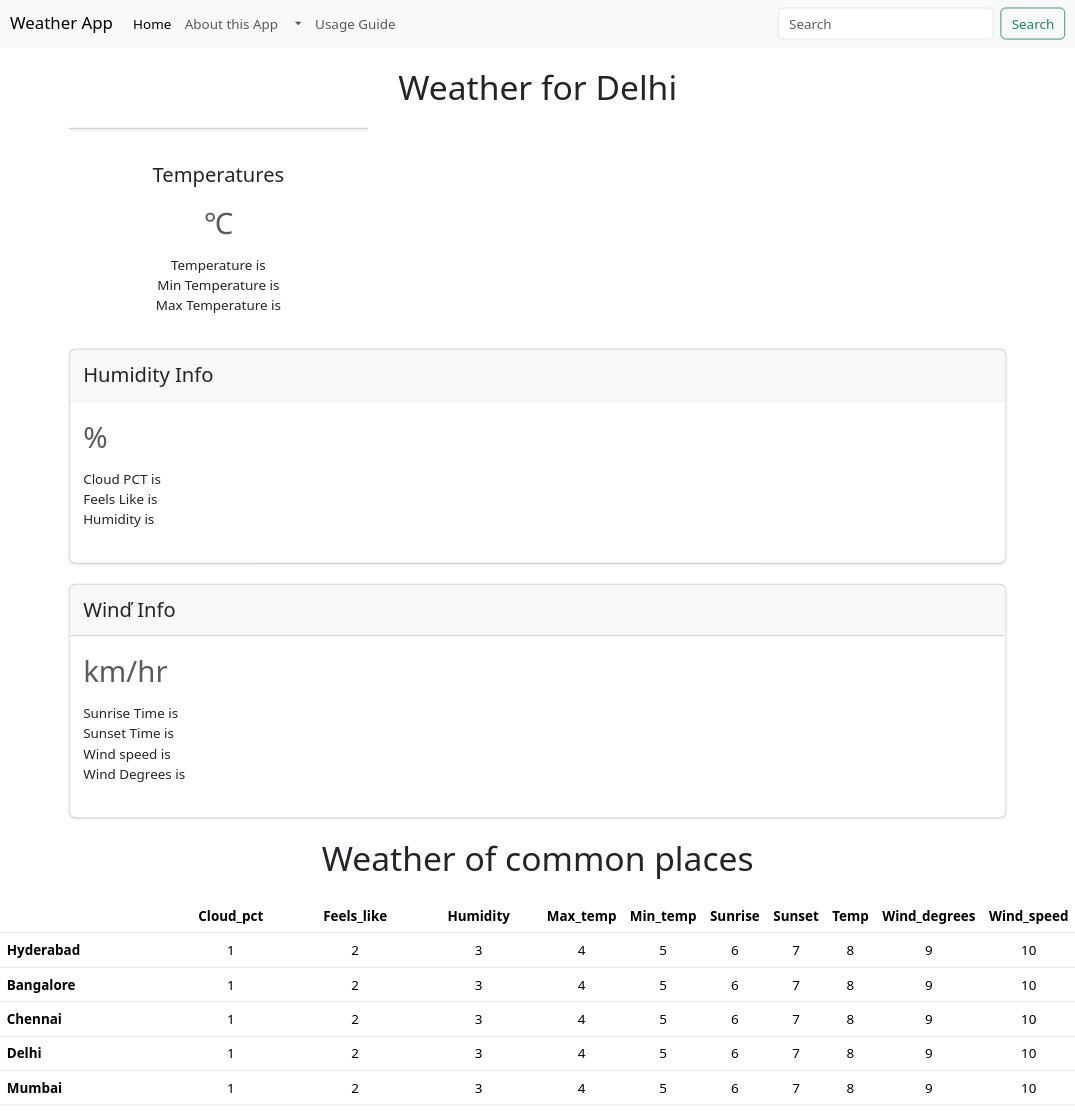
Repository: Abhilash2909/weather
Page: index.html
An editor plug-in stored every save of this project. The page is shown before and after the next save, followed by the edit.
The browser window is 1280 px wide. The pictures show the whole page, at 84% of full size.
The page's requests for data from a server got no answer.

Above is the page before, as saved 2024-02-11 16:53:23.

### index.html
<!doctype html>
<html lang="en">
  <head>
    <meta charset="utf-8">
    <meta name="viewport" content="width=device-width, initial-scale=1">
    <title>My Weather App</title>
    <link href="https://cdn.jsdelivr.net/npm/bootstrap@5.3.2/dist/css/bootstrap.min.css" rel="stylesheet" integrity="sha384-T3c6CoIi6uLrA9TneNEoa7RxnatzjcDSCmG1MXxSR1GAsXEV/Dwwykc2MPK8M2HN" crossorigin="anonymous">
  </head>
  <body>
    <nav class="navbar navbar-expand-lg bg-body-tertiary">
        <div class="container-fluid">
          <a class="navbar-brand" href="#">Weather App</a>
          <button class="navbar-toggler" type="button" data-bs-toggle="collapse" data-bs-target="#navbarSupportedContent" aria-controls="navbarSupportedContent" aria-expanded="false" aria-label="Toggle navigation">
            <span class="navbar-toggler-icon"></span>
          </button>
          <div class="collapse navbar-collapse" id="navbarSupportedContent">
            <ul class="navbar-nav me-auto mb-2 mb-lg-0">
              <li class="nav-item">
                <a class="nav-link active" aria-current="page" href="#">Home</a>
              </li>
              <li class="nav-item">
                <a class="nav-link" href="#">About this App</a>
              </li>
              <li class="nav-item dropdown">
                <a class="nav-link dropdown-toggle" href="#" role="button" data-bs-toggle="dropdown" aria-expanded="false">
                </a>
                <ul class="dropdown-menu">
                  <li><a class="dropdown-item" href="#">Delhi</a></li>
                  <li><a class="dropdown-item" href="#">Seattle</a></li>
                  <li><a class="dropdown-item" href="#">Bangalore</a></li>
                </ul>
              </li>
              <li class="nav-item">
                <a class="nav-link" aria-disabled="true">Usage Guide</a>
              </li>
            </ul>
            <form class="d-flex" role="search">
              <input id="city" class="form-control me-2" type="search" placeholder="Search" aria-label="Search">
              <button class="btn btn-outline-success" type="submit" id="submit">Search</button>
            </form>
          </div>
        </div>
      </nav>

      <div class="container">
        <main>
          <h1 class= "my-4 text-center">Weather for <span id="cityName"></span></h1>
          <div class="row row-cols-1 row-cols-md-3 mb-3 text-center">
          <div class="col">
            <div class="card mb-4 rounded-3 shadow-sm"></div>
              <div class="card-header py-3">
                <h4 class="my-0 fw-normal">Temperatures</h4>
              </div>
              <div class="card-body">
                <h1 class="card-title pricing-card-title"><span id="temp2"></span><small class="text-body-secondary fw-light"></span><span>&#8451;</span></small></h1>
                <ul class="list-unstyled mt-3 mb-4">
                  <li>Temperature is <span id="temp" ></span></li>
                  <li>Min Temperature is <span id="min_temp" ></span></li>
                  <li>Max Temperature is <span id="max_temp" ></span></li>
                </ul>
                <!-- <button type="button" class="w-100 btn btn-lg btn-outline-primary">Sign up for free</button> -->
              </div>
            </div>
          </div>
          <div class="col">
            <div class="card mb-4 rounded-3 shadow-sm class="w-100 btn btn-lg btn-primary"">
              <div class="card-header py-3">
                <h4 class="my-0 fw-normal">Humidity Info</h4>
              </div>
              <div class="card-body">
                <h1 class="card-title pricing-card-title"><span id="humidity2" ></span><small class="text-body-secondary fw-light">%</small></h1>
                <ul class="list-unstyled mt-3 mb-4">
                  <li>Cloud PCT is <span id="cloud_pct" ></span></li>
                  <li>Feels Like is <span id="feels_like" ></span></li>
                  <li>Humidity is <span id="humidity" ></span></li>
                </ul>
                <!-- <button type="button" class="w-100 btn btn-lg btn-primary">Get started</button> -->
              </div>
            </div>
          </div>

          <div class="col">
            <div class="card mb-4 rounded-3 shadow-sm">
              <div class="card-header py-3">
                <h4 class="my-0 fw-normal">Winď Info</h4>
              </div>
              <div class="card-body">
                <h1 class="card-title pricing-card-title"><span id="wind_speed2" ></span><small class="text-body-secondary fw-light">km/hr</small></h1>
                <ul class="list-unstyled mt-3 mb-4">
                  <li>Sunrise Time is <span id="sunrise" ></span></li>
                  <li>Sunset Time is <span id="sunset" ></span></li>
                  <li>Wind speed is <span id="wind_speed" ></span></li>
                  <li>Wind Degrees is <span id="wind_degrees" ></span></li>
                </ul>
                <!-- <button type="button" class="w-100 btn btn-lg btn-primary">Contact us</button> -->
              </div>
            </div>
          </div>
        </div>

        <h2 class="display-6 text-center mb-4">Weather of common places</h2>

        <div class="table-responsive">
          <table class="table text-center">
            <thead>
              <tr>
                <th style="width: 34%;">   </th>
                <th style="width: 22%;"> Cloud_pct </th>
                <th style="width: 22%;"> Feels_like </th>
                <th style="width: 22%;"> Humidity </th>
                <th style="width: 22%;"> Max_temp </th>
                <th style="width: 22%;"> Min_temp </th>
                <th style="width: 22%;"> Sunrise </th>
                <th style="width: 22%;"> Sunset </th>
                <th style="width: 22%;"> Temp </th>
                <th style="width: 22%;"> Wind_degrees </th>
                <th style="width: 22%;"> Wind_speed </th>
              </tr>
            </thead>
            <tbody>
              <tr>
                <th scope="row" class="text-start">Hyderabad</th>
                <td>1</td>
                <td>2</td>
                <td>3</td>
                <td>4</td>
                <td>5</td>
                <td>6</td>
                <td>7</td>
                <td>8</td>
                <td>9</td>
                <td>10</td>
              </tr>
              <tr>
                <th scope="row" class="text-start">Bangalore</th>
                <td>1</td>
                <td>2</td>
                <td>3</td>
                <td>4</td>
                <td>5</td>
                <td>6</td>
                <td>7</td>
                <td>8</td>
                <td>9</td>
                <td>10</td>
              </tr>
            </tbody>

            <tbody>
              <tr>
                <th scope="row" class="text-start">Chennai</th>
                <td>1</td>
                <td>2</td>
                <td>3</td>
                <td>4</td>
                <td>5</td>
                <td>6</td>
                <td>7</td>
                <td>8</td>
                <td>9</td>
                <td>10</td>
              </tr>
              <tr>
                <th scope="row" class="text-start">Delhi</th>
                <td>1</td>
                <td>2</td>
                <td>3</td>
                <td>4</td>
                <td>5</td>
                <td>6</td>
                <td>7</td>
                <td>8</td>
                <td>9</td>
                <td>10</td>
              </tr>
              <tr>
                <th scope="row" class="text-start">Mumbai</th>
                <td>1</td>
                <td>2</td>
                <td>3</td>
                <td>4</td>
                <td>5</td>
                <td>6</td>
                <td>7</td>
                <td>8</td>
                <td>9</td>
                <td>10</td>
              </tr>
            </tbody>
          </table>
        </div>
      </main></div>
    <script src="https://cdn.jsdelivr.net/npm/bootstrap@5.3.2/dist/js/bootstrap.bundle.min.js" integrity="sha384-C6RzsynM9kWDrMNeT87bh95OGNyZPhcTNXj1NW7RuBCsyN/o0jlpcV8Qyq46cDfL" crossorigin="anonymous"></script>
    <script src="script.js"></script>
</body>
</html>

### script.js

// const url = 'https://weather-by-api-ninjas.p.rapidapi.com/v1/weather?city=Seattle';
// const options = {
//     method: 'GET',
//     headers: {
//         'X-RapidAPI-Key': '9f5fc666cemsh950495f18781500p1999a7jsna0d8657b4aba',
//         'X-RapidAPI-Host': 'weather-by-api-ninjas.p.rapidapi.com'
//     }
// };

// async function fetchData() {
//     try {
//         const response = await fetch(url, options);
//         const result = await response.text();
//         console.log(result);
//     } catch (error) {
//         console.error(error);
//     }
// }

// fetchData();


// const url = 'https://weather-by-api-ninjas.p.rapidapi.com/v1/weather?city=Seattle';
// const options = {
// 	method: 'GET',
// 	headers: {
// 		'X-RapidAPI-Key': '9f5fc666cemsh950495f18781500p1999a7jsna0d8657b4aba',
// 		'X-RapidAPI-Host': 'weather-by-api-ninjas.p.rapidapi.com'
// 	}
// };

// try {
// 	const response = await fetch(url, options);
// 	const result = await response.text();
// 	console.log(result);
// } catch (error) {
// 	console.error(error);
// }



const options = {
    method: 'GET',
    headers: {
      'X-RapidAPI-Key': 'b45e96323fmshf5e4bc50d3b8a90p1e091djsnfb21cde4eb87',
      'X-RapidAPI-Host': 'weather-by-api-ninjas.p.rapidapi.com'
    }
  };
const getWeather = (city) => {
  cityName.innerHTML = city
  fetch('https://weather-by-api-ninjas.p.rapidapi.com/v1/weather?city=' + city, options)
    .then(response => response.json())
    .then((response) => {
      console.log(response)
      cloud_pct.innerHTML = response.cloud_pct
      temp.innerHTML = response.temp
      temp2.innerHTML = response.temp
      feels_like.innerHTML = response.feels_like
      humidity.innerHTML = response.humidity
      humidity2.innerHTML = response.humidity
      min_temp.innerHTML = response.min_temp
      max_temp.innerHTML = response.max_temp
      wind_speed.innerHTML = response.wind_speed
      wind_speed2.innerHTML = response.wind_speed
      wind_degrees.innerHTML = response.wind_degrees
      sunrise.innerHTML = response.sunrise
      sunset.innerHTML = response.sunset
    })
    .catch(error => console.error(error));
}

submit.addEventListener("click", (e)=>{
  e.preventDefault()
  getWeather(city.value)
})

getWeather("Delhi")

After the next save:
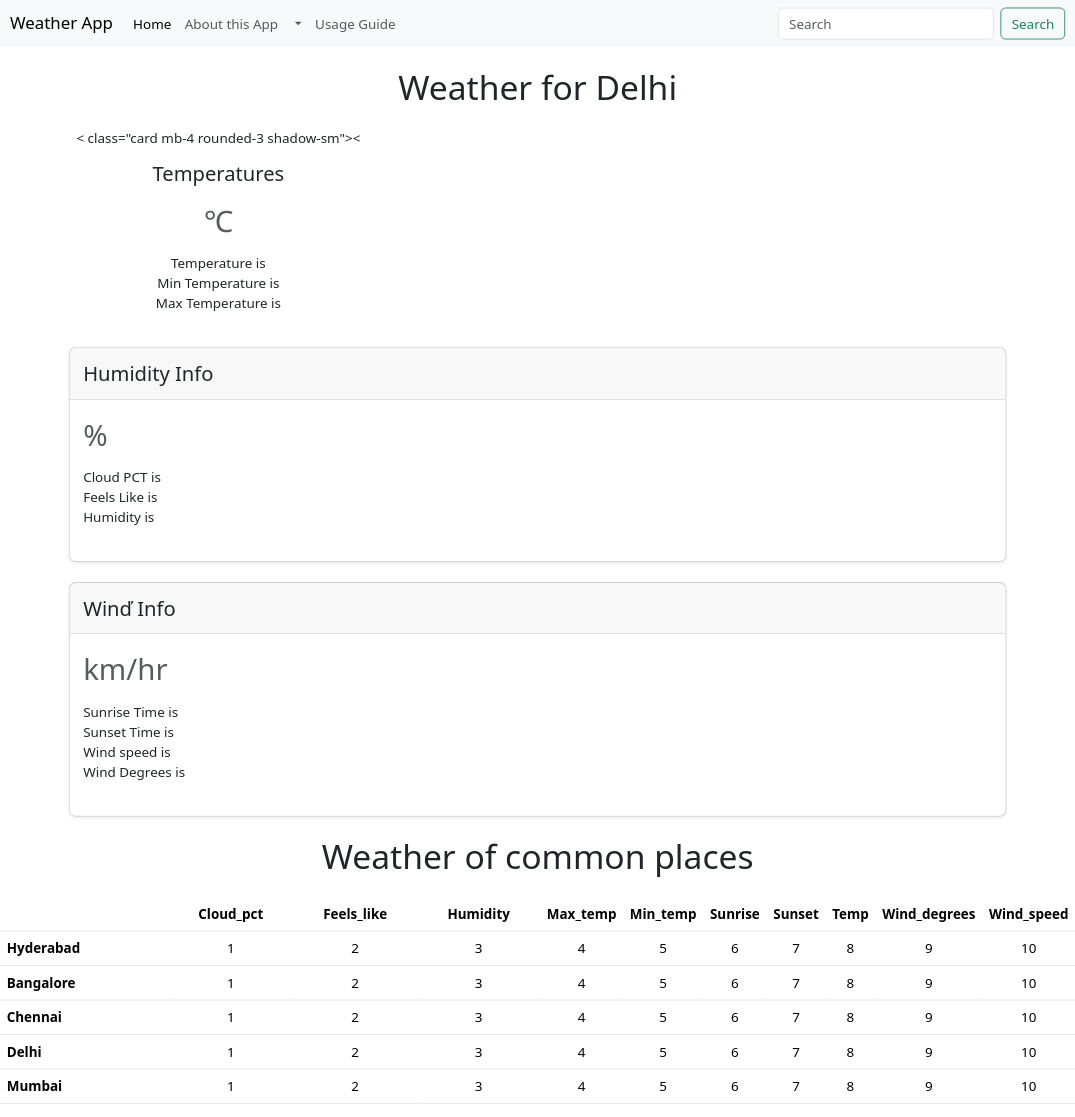
Saved 7 s later.
--- a/index.html
+++ b/index.html
@@ -47,7 +47,7 @@
           <h1 class= "my-4 text-center">Weather for <span id="cityName"></span></h1>
           <div class="row row-cols-1 row-cols-md-3 mb-3 text-center">
           <div class="col">
-            <div class="card mb-4 rounded-3 shadow-sm"></div>
+            < class="card mb-4 rounded-3 shadow-sm"><
               <div class="card-header py-3">
                 <h4 class="my-0 fw-normal">Temperatures</h4>
               </div>

After the save that followed:
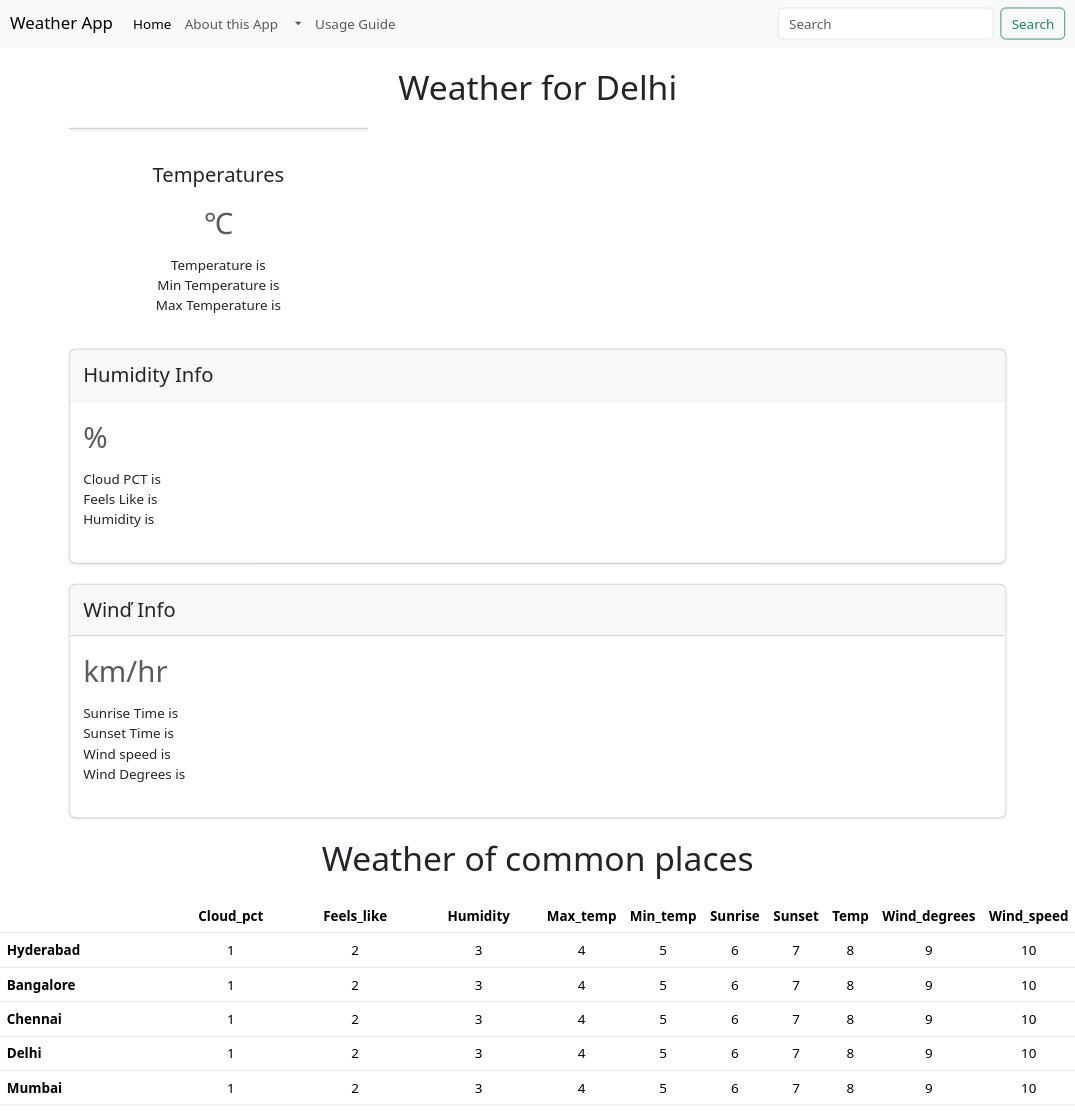
Saved 4 s later.
--- a/index.html
+++ b/index.html
@@ -47,7 +47,7 @@
           <h1 class= "my-4 text-center">Weather for <span id="cityName"></span></h1>
           <div class="row row-cols-1 row-cols-md-3 mb-3 text-center">
           <div class="col">
-            < class="card mb-4 rounded-3 shadow-sm"><
+            <div class="card mb-4 rounded-3 shadow-sm"></div>
               <div class="card-header py-3">
                 <h4 class="my-0 fw-normal">Temperatures</h4>
               </div>
